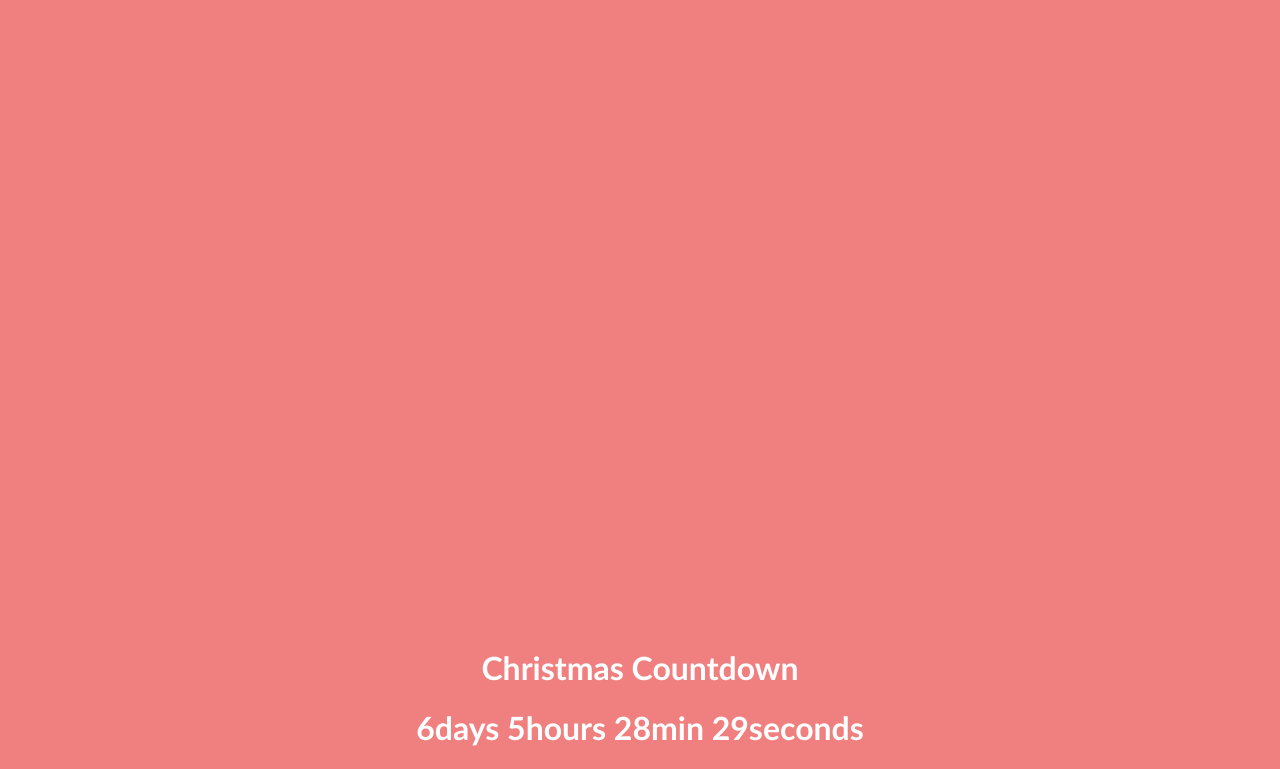
Repository: notMaximilian/countdown-timer
Page: index.html
The author's editor kept a copy of each file at every save. The page is drawn from the files as they stood at one save, then again after the next save.
The browser window is 1280 px wide. The pictures show the whole page.

Above is the page before, as saved 2021-12-18 18:50:17.

After the next save:
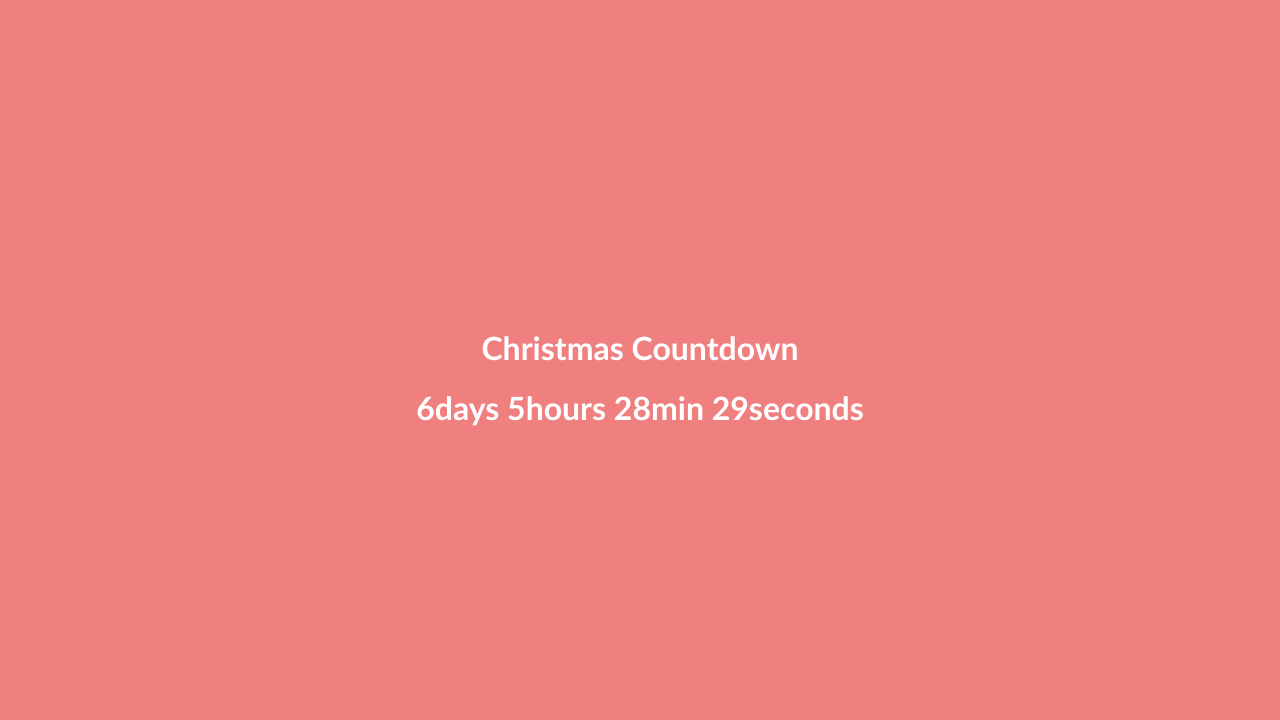
Saved 8 s later.
--- a/styles.css
+++ b/styles.css
@@ -2,6 +2,6 @@ body{
     background-color: lightcoral;
     color:white;
     text-align: center;
-    padding-top: 50%;
+    padding-top: 25%;
     font-family: 'Trebuchet MS', 'Lucida Sans Unicode', 'Lucida Grande', 'Lucida Sans', Arial, sans-serif;
 }
